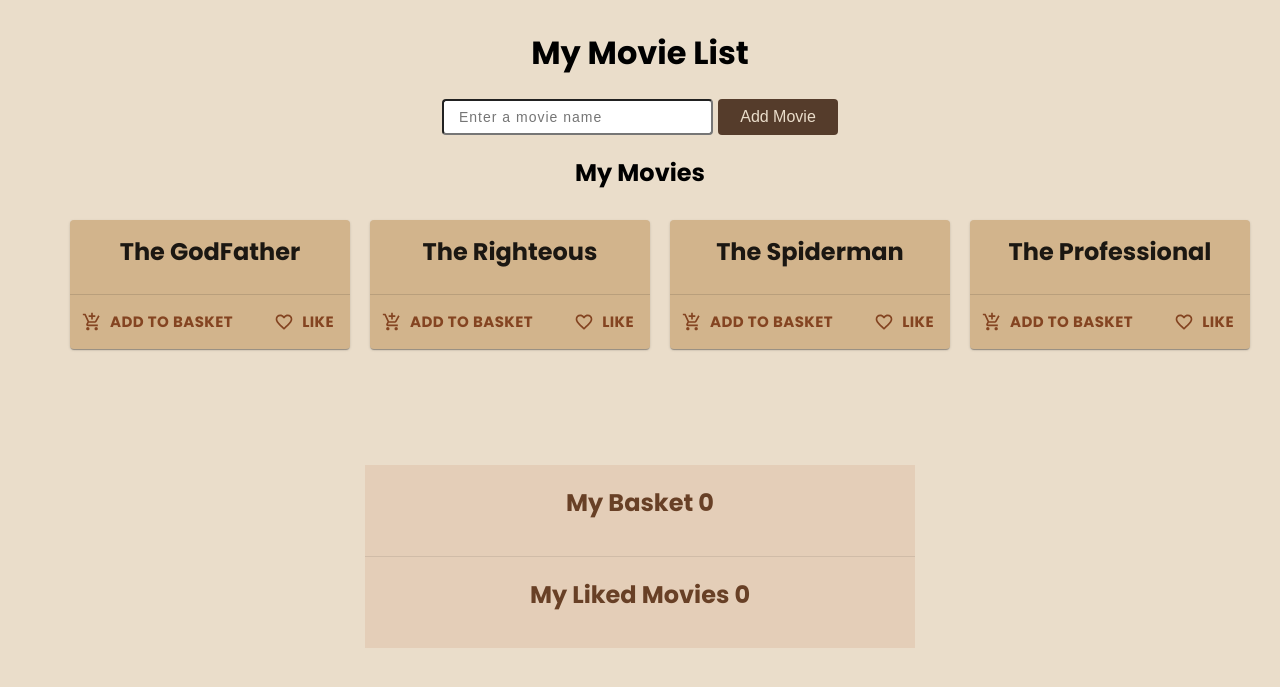
Repository: sinchana-p-iVoyant/redux-movie-store
Page: /
An editor plug-in stored every save of this project. The page is shown before and after the next save, followed by the edit.
The browser window is 1280 px wide. The pictures show the whole page.
The project was rebuilt for these pictures with package versions that can differ from the ones it lists, and the page was loaded fresh each time. Also part of the build but not shown: vite.config.ts.

Above is the page before, as saved 2024-02-15 13:25:32.

After the next save:
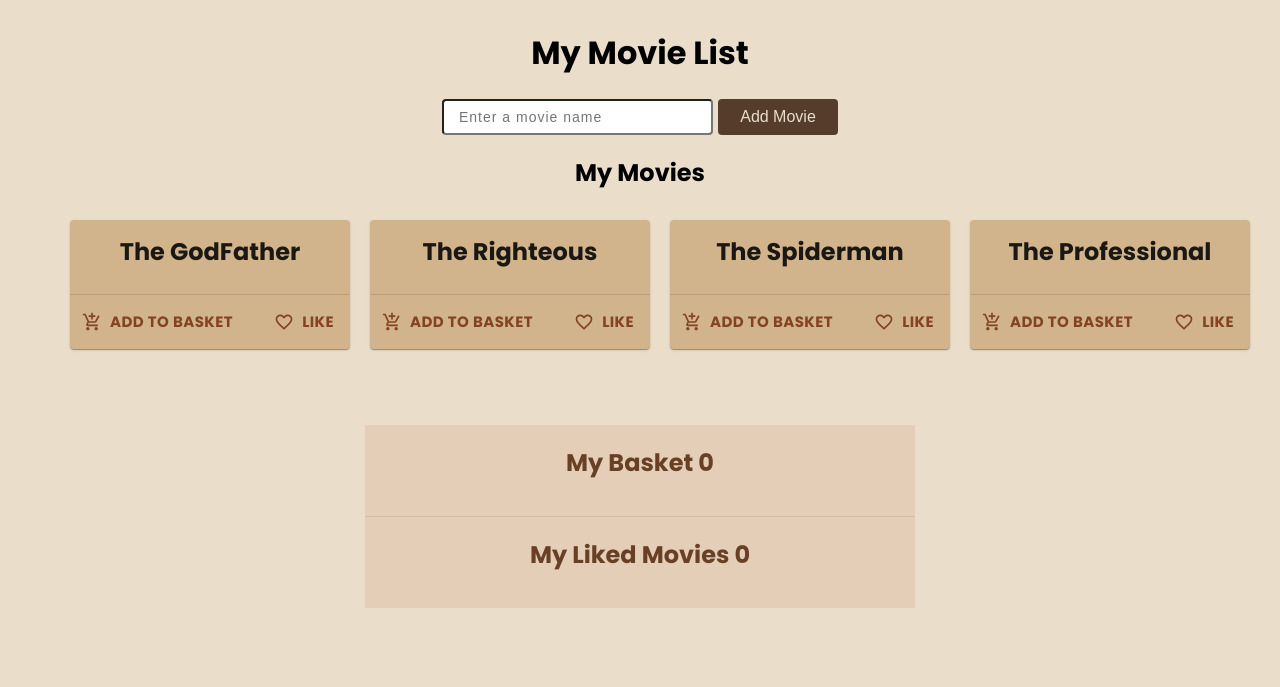
Saved 4 s later.
--- a/src/App.css
+++ b/src/App.css
@@ -80,7 +80,7 @@ input {
 /* ------------------- */
 
 .basket-container {
-  margin-top: 90px;
+  margin-top: 50px;
 }
 
 .basket-container, .liked-container {
